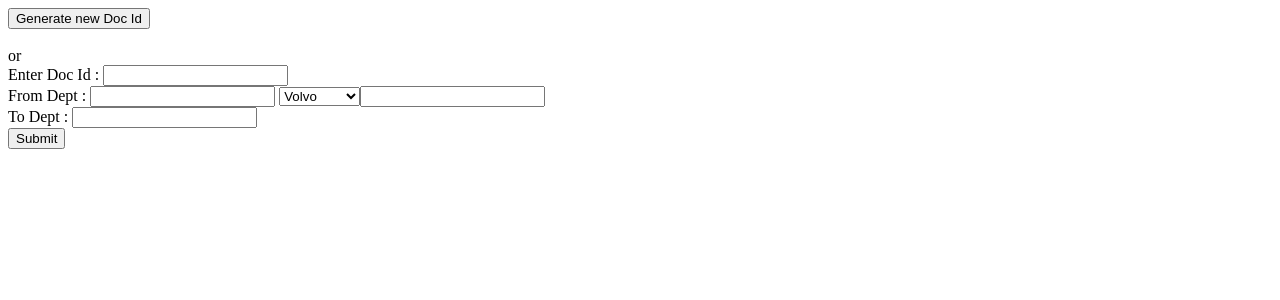
Repository: javaSingh/java
Page: workspace/minor project with inder 7th sem/WebContent/newdocreceived.html
An editor plug-in stored every save of this project. The page is shown before and after the next save, followed by the edit.
The browser window is 1280 px wide. The pictures show the whole page.

Above is the page before, as saved 2014-10-19 15:37:28.

### workspace/minor project with inder 7th sem/WebContent/newdocreceived.html
<!DOCTYPE html PUBLIC "-//W3C//DTD HTML 4.01 Transitional//EN" "http://www.w3.org/TR/html4/loose.dtd">
<html>
<head>
<meta http-equiv="Content-Type" content="text/html; charset=ISO-8859-1">
<title>Insert title here</title>
</head>
<body>
<script>
function fun()
{

	}
</script>

<form action='Serv3'>
<input type='submit'value='Generate new Doc Id'></input>
</form>
<br>
or
<br>
<form action='Serv1'>
Enter Doc Id : <input type='number' name='docid' required autofoucs></input><br>
From Dept : <input type='text' name='fromdept'  >

<select>
  <option value="volvo">Volvo</option>
  <option value="saab">Saab</option>
  <option value="mercedes">Mercedes</option>
  <option value="audi">Audi</option>
</select</input><br>
In Dept : <input type='text' name='indept'  ></input><br>
To Dept : <input type='text' name='todept'  ></input><br>
<input type='submit'></input>


</form>

</body>
</html>

After the next save:
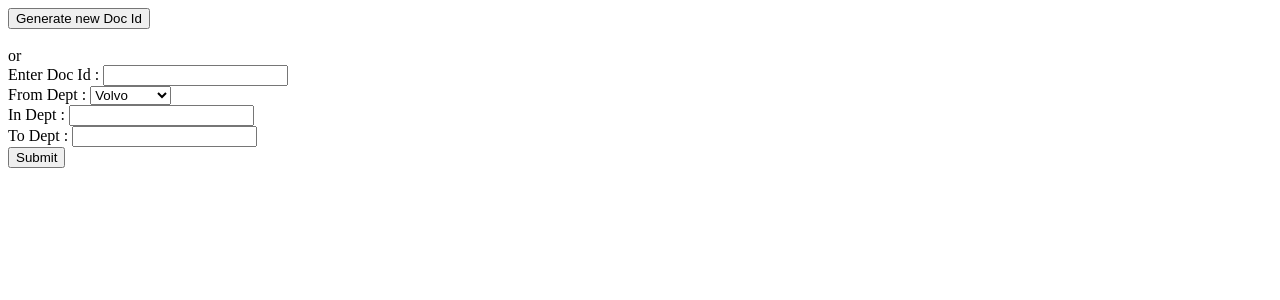
Saved 51 s later.
--- a/workspace/minor project with inder 7th sem/WebContent/newdocreceived.html
+++ b/workspace/minor project with inder 7th sem/WebContent/newdocreceived.html
@@ -20,14 +20,12 @@ or
 <br>
 <form action='Serv1'>
 Enter Doc Id : <input type='number' name='docid' required autofoucs></input><br>
-From Dept : <input type='text' name='fromdept'  >
-
-<select>
+From Dept : <select>
   <option value="volvo">Volvo</option>
   <option value="saab">Saab</option>
   <option value="mercedes">Mercedes</option>
   <option value="audi">Audi</option>
-</select</input><br>
+</select><br>
 In Dept : <input type='text' name='indept'  ></input><br>
 To Dept : <input type='text' name='todept'  ></input><br>
 <input type='submit'></input>
